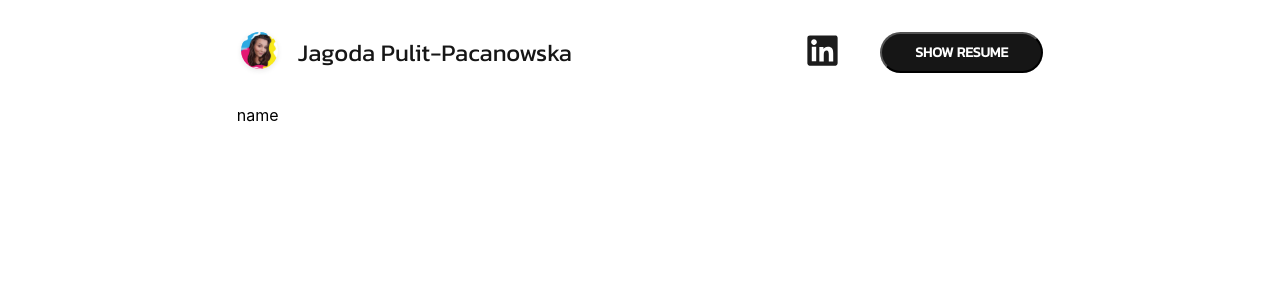
Repository: remigiuszpulit/ux-ui-portfolio
Page: /
An editor plug-in stored every save of this project. The page is shown before and after the next save, followed by the edit.
The browser window is 1280 px wide. The pictures show the whole page.
The project was rebuilt for these pictures with package versions that can differ from the ones it lists, and the page was loaded fresh each time.

Above is the page before, as saved 2022-09-22 20:56:22.

### src/App.js
import {
  BrowserRouter,
  Routes,
  Route,
} from "react-router-dom";
import styled from "styled-components";
import Navbar from "./components/Navbar";
import GlobalStyle from "./globalStyles";
import Index from "./pages";

function App() {
  return (<>
  <GlobalStyle/>
  <BrowserRouter>
  <Navbar/>
    <GlobalContainer>
    <Routes>
      <Route path="/" element={<Index />}>
        {/* <Route path="expenses" element={<Expenses />} />
        <Route path="invoices" element={<Invoices />} /> */}
      </Route>
    </Routes>
    </GlobalContainer>
  </BrowserRouter></>)
};

export default App;

const GlobalContainer = styled.div`
display: flex;
justify-content: center;
`

### src/components/Navbar.js
import React from 'react';
import styled from 'styled-components';
import avatar from '../static/avatar.svg'
import LinkedinIcon from '../static/LinkedinIcon.svg'
import "@fontsource/kanit"


function Navbar(props) {
return (
<NavContainer>
    <NavWrapper>
    <ItemsWrapper>
        <img src={avatar}/>
        <LogoText>
        Jagoda Pulit-Pacanowska
        </LogoText>
    </ItemsWrapper>
    <ItemsWrapper>
    <a href='https://www.linkedin.com/in/jagoda-pulit/' target={'_blank'} >
        <img src={LinkedinIcon}/>
    </a>
    <ResumeButton>
    <ResumeButtonText>
    show resume
    </ResumeButtonText>
    </ResumeButton>
    </ItemsWrapper>

    </NavWrapper>
</NavContainer>
);
}

export default Navbar;

const NavContainer = styled.nav`
height: 105px;
background: rgba(232, 228, 222, 0.01);
backdrop-filter: blur(3px);
position: sticky;
display: flex;
justify-content: center;
`

const NavWrapper = styled.div`
width: 63%;
display: flex;
justify-content: space-between;
`
const ItemsWrapper = styled.div`
display: flex;
align-items: center;
`
const LogoText = styled.h3`
margin-left: 16px;
font-family: 'Kanit';
font-style: normal;
font-weight: 500;
font-size: 24px;
line-height: 124%;
color: #161616;
`

const ResumeButton = styled.button`
display: flex;
flex-direction: row;
width: 163px;
height: 41px;
justify-content: center;
margin-left: 42px;
align-items: center;
padding: 10px;
background: #161616;
border-radius: 159px;
`

const ResumeButtonText = styled.h4`
font-family: 'Kanit';
font-style: normal;
font-weight: 600;
font-size: 14px;
line-height: 21px;
/* identical to box height */

text-transform: uppercase;

color: #FFFFFF;


/* Inside auto layout */

flex: none;
order: 0;
flex-grow: 0;
`

### src/globalStyles.js
import { createGlobalStyle } from "styled-components";


const GlobalStyle = createGlobalStyle`
  body {
    margin: 0;
    padding: 0;
  }
`;

export default GlobalStyle;

### src/pages/index.js
import React from 'react';
import styled from 'styled-components';

function Index(props) {
return (
<Container>name</Container>
);
}

export default Index;

const Container = styled.section`
width: 63%;
`

Loaded but not shown: public/index.html (common file); src/index.js (common file); src/index.css (common file); src/reportWebVitals.js (common file)

After the next save:
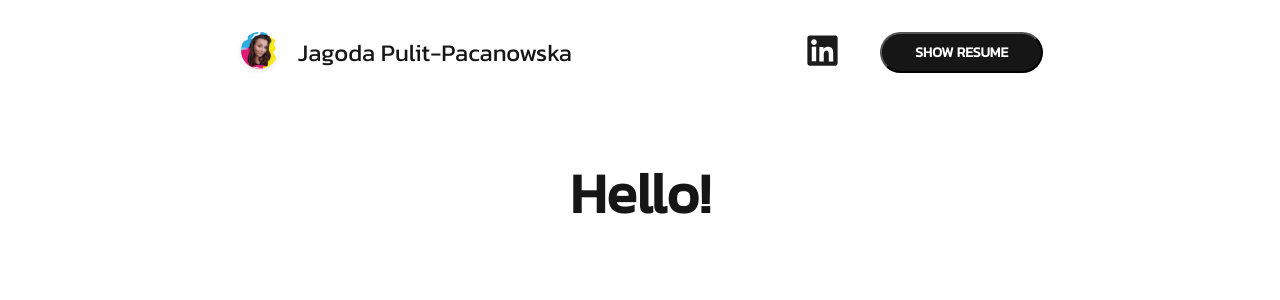
Saved 3 min 19 s later.
--- a/src/pages/index.js
+++ b/src/pages/index.js
@@ -3,7 +3,11 @@
 
 function Index(props) {
 return (
-<Container>name</Container>
+<Container><Head>
+    <HelloText>
+        Hello!
+    </HelloText>
+    </Head></Container>
 );
 }
 
@@ -12,3 +16,25 @@
 const Container = styled.section`
 width: 63%;
 `
+
+const Head = styled.div`
+display: flex;
+justify-content: center;
+align-items: center;
+`
+
+const HelloText = styled.h1`
+font-family: 'Kanit';
+font-style: normal;
+font-weight: 700;
+font-size: 56px;
+line-height: 84px;
+/* identical to box height */
+
+text-align: center;
+
+/* Black */
+
+color: #161616;
+
+`
